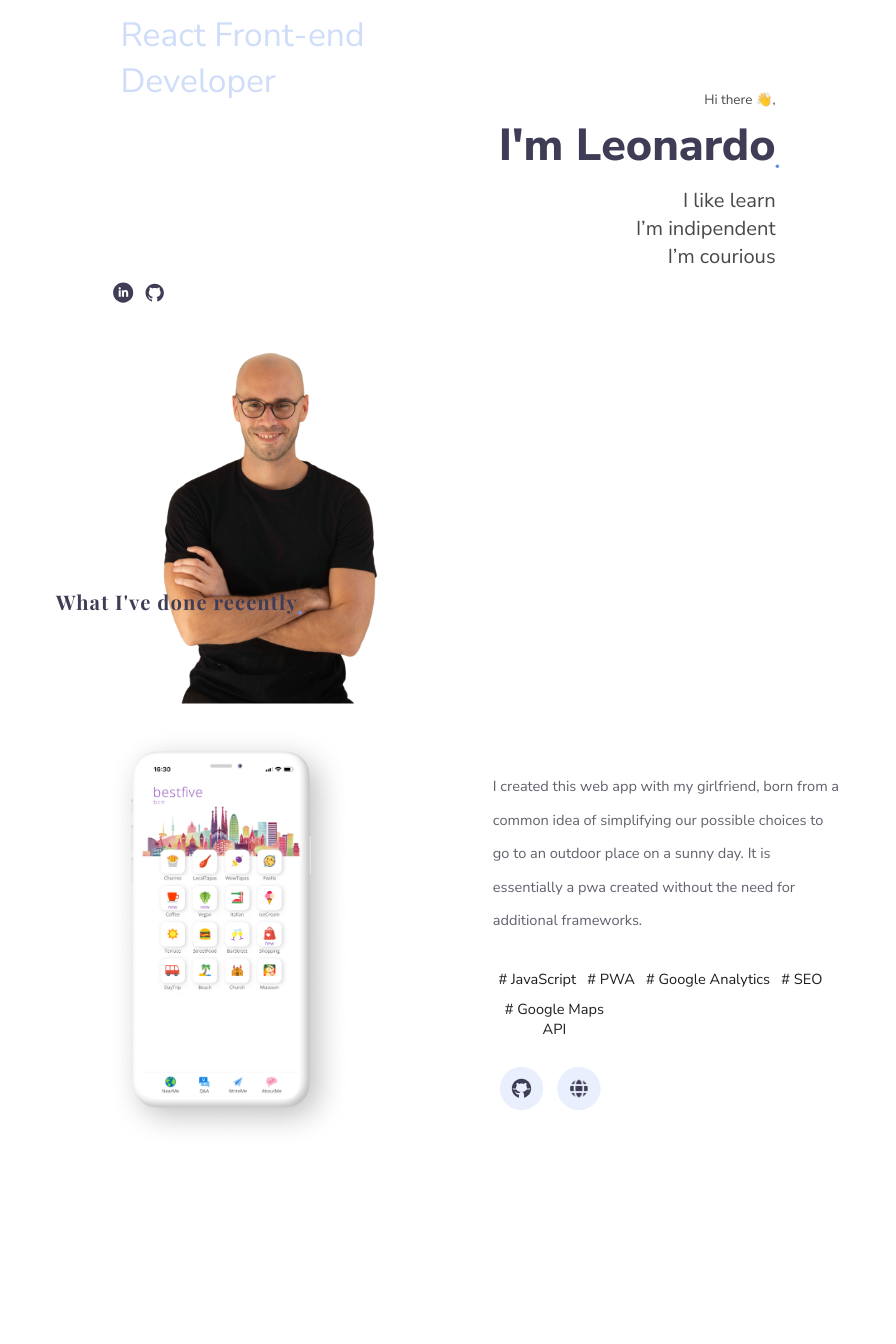
Repository: Easaaa/Portfolio-2020
Page: index.html
These files come from the project's save history. The page is drawn as it stood at one moment and after the next save; the edit follows.
The browser window is 1280 px wide. The pictures show the part of the page from y = 0 to 1920 px (the page is 6588 px tall), at 70% of full size.
The style sheet was rebuilt from its Sass, Less or Tailwind sources for each picture, by a compiler version that may differ from the author's.

Above is the page before, as saved 2020-02-28 15:42:21.

### index.html
<!DOCTYPE html>
<html lang="en">
  <head>
    <meta charset="UTF-8" />
    <meta name="viewport" content="width=device-width, initial-scale=1.0" />
    <meta http-equiv="X-UA-Compatible" content="ie=edge" />
    <link rel="stylesheet" href="/stylesheets/css/main.css" />
    <title>leonardotononi.com</title>
  </head>
  <body>
    <header>
      <div class="actions">
        <div class="socials">
          <a target="_blank" href="https://www.linkedin.com/in/leonardo-tononi/"
            ><img src="/assets/linkedin-with-circle.svg" alt="linkedin icon"
          /></a>
          <a target="_blank" href="https://github.com/Easaaa"
            ><img src="/assets/github-filled.svg" alt="github icon"
          /></a>
        </div>
        <div class="resume-btn">
          <a href="#">Download Resume</a>
        </div>
      </div>

      <div class="content-header">
        <div class="text-header-col">
          <p class="sub-title">Hi there 👋,</p>
          <h1>
            I'm Leonardo
          </h1>
          <p class="about-title">
            I like learn <br />
            I’m indipendent <br />
            I’m courious
          </p>
          <div class="actions-desktop">
            <div class="socials">
              <a
                target="_blank"
                href="https://www.linkedin.com/in/leonardo-tononi/"
                ><img src="/assets/linkedin-with-circle.svg" alt="linkedin icon"
              /></a>
              <a target="_blank" href="https://github.com/Easaaa"
                ><img src="/assets/github-filled.svg" alt="github icon"
              /></a>
            </div>
            <div class="resume-btn">
              <a href="#">Download Resume</a>
            </div>
          </div>
          <h4>React Front-end Developer</h4>
        </div>
        <img
          src="/assets/leo-black.png"
          class="image-me-desktop"
          alt="leonardo photo"
        />
      </div>
    </header>
    <section class="works-section">
      <h2>
        What I've done recently
      </h2>
      <div class="work">
        <img src="/assets/bestfive.png" alt="iphone mockup" class="iphone" />
        <div class="work-details">
          <p>
            I created this web app with my girlfriend, born from a common idea
            of ​​simplifying our possible choices to go to an outdoor place on a
            sunny day. It is essentially a pwa created without the need for
            additional frameworks.
          </p>
          <ul class="lan-tag">
            <li># JavaScript</li>
            <li># PWA</li>
            <li># Google Analytics</li>
            <li># SEO</li>
            <li style="width: 11rem;"># Google Maps API</li>
          </ul>
          <div class="project-links">
            <a target="_blank" href="https://github.com/Easaaa/Bestfive-bcn"
              ><img src="/assets/github.svg" alt="git hub icon"
            /></a>
            <a target="_blank" href="https://bestfivebcn.com"
              ><img src="/assets/web.png" alt="world icon"
            /></a>
          </div>
        </div>
      </div>
      <div class="work odds">
        <img
          src="/assets/toureo-admin.png"
          alt="laptop mockup"
          class="desktop"
        />
        <div class="work-details">
          <p>
            After creating the first application and having hard coded the data,
            clearly not the smartest thing, I thought of creating an
            administration page from where I can create and manage the data from
            the database and then pull it from the mobile web app.
            <em
              >If you want have a look, write me an email, because you need the
              access.</em
            >
          </p>
          <ul class="lan-tag">
            <li># React.js</li>
            <li style="width: 10rem;"># Firebase Auth</li>
            <li># Firestore</li>
          </ul>
          <div class="project-links">
            <a
              target="_blank"
              href="https://github.com/Easaaa/admin-app-bestfive"
              ><img src="/assets/github.svg" alt="git hub icon"
            /></a>
            <a target="_blank" href="https://bestfivebcn.netlify.com/"
              ><img src="/assets/web.png" alt="world icon"
            /></a>
          </div>
        </div>
      </div>
      <div class="work">
        <img
          src="/assets/hotel-vittoria.png"
          alt="laptop mockup"
          class="desktop"
        />
        <div class="work-details">
          <p>
            This project with a italian hotel was my first approach to
            programming. In 2018 I made a web site with multilingual support
            with plain Html, css and JavaScript. On this
            <a target="_blank" href="https://vittoriahotel.eu">link</a> you can
            see the previous web and below you can see the new web app that is
            nearly ready to be deployed and so how my skills and tastes have
            evolved.
          </p>
          <ul class="lan-tag">
            <li># Gatsby.js</li>
            <li># Mobile View</li>
            <li># Booking.com API</li>
          </ul>
          <div class="project-links">
            <a
              target="_blank"
              href="https://github.com/Easaaa/hotel-vittoria-2020"
              ><img src="/assets/github.svg" alt="git hub icon"
            /></a>
            <a target="_blank" href="https://hotelvittoria.netlify.com/"
              ><img src="/assets/web.png" alt="world icon"
            /></a>
          </div>
        </div>
      </div>
      <div class="work odds">
        <img
          src="/assets/books-manager.png"
          alt="laptop mockup"
          class="desktop"
        />
        <div class="work-details">
          <p>
            This is a simple project made with react redux to test my
            understanding and the power of this stack.
          </p>
          <ul class="lan-tag">
            <li># React.js</li>
            <li># Redux</li>
            <li># Firebase Auth</li>
            <li># Google Books APIs</li>
          </ul>
          <div class="project-links">
            <a target="_blank" href="https://github.com/Easaaa/Book-manager"
              ><img src="/assets/github.svg" alt="git hub icon"
            /></a>
            <a target="_blank" href="https://books-manager.netlify.com/"
              ><img src="/assets/web.png" alt="world icon"
            /></a>
          </div>
        </div>
      </div>
      <h2>
        What I'm currently working on
      </h2>
      <div class="work">
        <img
          src="/assets/toureo-proto.png"
          alt="iphone mockup"
          class="iphone"
        />
        <div class="work-details">
          <p>
            I am recreating the first application (bestfive). The aim is to
            create the application with React Native, building more complex
            features, such as a more functional map, with filters and better
            interactions.
          </p>
          <ul class="lan-tag">
            <li># ReactNative</li>
            <li># Firebase</li>
          </ul>
          <div class="project-links"></div>
        </div>
      </div>
    </section>
    <section class="skill-section">
      <h2>
        Skills
      </h2>
      <ul class="skills">
        <li><img src="/assets/icon-skills/javascript.svg" alt="" /></li>
        <li><img src="/assets/icon-skills/react.svg" alt="" /></li>
        <li><img src="/assets/icon-skills/redux.svg" alt="" /></li>
        <li><img src="/assets/icon-skills/gatsby.svg" alt="" /></li>
        <li><img src="/assets/icon-skills/firebase.svg" alt="" /></li>
        <li><img src="/assets/icon-skills/sass.svg" alt="" /></li>
        <li><img src="/assets/icon-skills/html-5.svg" alt="" /></li>
        <li><img src="/assets/icon-skills/css-3.svg" alt="" /></li>
        <li><img src="/assets/icon-skills/logo-pwa.svg" alt="" /></li>
        <li><img src="/assets/icon-skills/figma.svg" alt="" /></li>
      </ul>
    </section>
    <footer>
      <h2>How to contact me</h2>
      <p>
        I am available for freelancer jobs and to work in your company. If you
        think I would be a good fit for you, send me an email.
      </p>
      <a href="mailto:leonardotononi@gmail.com" target="_top">
        <h5>leonardotononi@gmail.com</h5></a
      >
      <a href="/CV ENG - 02:2020.pdf" download>Download resume</a>
      <div class="social-links">
        <a target="_blank" href="https://www.linkedin.com/in/leonardo-tononi/"
          ><img src="/assets/linkedin-with-circle.svg" alt="linkedin icon"
        /></a>
        <a target="_blank" href="https://github.com/Easaaa"
          ><img src="/assets/github-filled.svg" alt="github icon"
        /></a>
      </div>
    </footer>
  </body>
</html>

### stylesheets/scss/main.scss
@import url("https://fonts.googleapis.com/css?family=Nunito+Sans:400,600,700,800&display=swap");
@import url("https://fonts.googleapis.com/css?family=Playfair+Display:500,700&display=swap");

* {
  padding: 0;
  margin: 0;
  box-sizing: border-box;
}

html {
  height: 100%;
  font-family: "Nunito Sans", sans-serif;
  -ms-text-size-adjust: 100%;
  -webkit-text-size-adjust: 100%;
}

body {
  width: 100%;
  height: 100%;
  -webkit-font-smoothing: antialiased;
  -moz-osx-font-smoothing: grayscale;
  font-size: 16px;
  display: block;
  min-width: 100%;
  margin-right: auto;
  margin-left: auto;
  float: right;
  clear: none;
  color: #1e1e1e;
  font-style: normal;
}

// GENERAL STYLE

ul li {
  list-style: none;
}

h2 {
  font-size: 1.8rem;
  color: #3f3d56;
  font-weight: 900;
  position: relative;
  font-family: "Playfair Display", serif;
  letter-spacing: 1.6px;

  &:after {
    content: "";
    width: 5px;
    height: 5px;
    background-color: #618ee9;
    border-radius: 50%;
    bottom: 0;
    position: absolute;
  }
}

a {
  cursor: pointer;
}

// HEADER

header {
  width: 100%;
  padding: 1rem 0 4rem 0;
  height: 90vh;

  .actions {
    padding: 0 1rem;
    width: 100%;
    display: flex;
    justify-content: space-between;

    img {
      margin: 0 5px;
      width: 30px;
    }

    .resume-btn {
      padding-top: 4px;

      a {
        background-color: #5687E8;
        padding: 5px 10px;
        border-radius: 10px;
        color: #fff;
        text-decoration: none;
        text-transform: uppercase;
        transition: background-color 150ms ease-in-out;

        &:hover {
          background-color: #4670c5;
        }
      }
    }
  }

  .content-header {
    padding: 3rem 0;
    border-radius: 5px;
    height: 450px;
    top: 50%;
    position: relative;
    margin-top: -225px;

    .sub-title {
      font-size: 1.2rem;
      padding: 0 2rem;
    }

  }

  h1 {
    color: #3f3d56;
    font-size: 2.5rem;
    text-align: end;
    font-weight: 900;
    padding: 0 2rem;
    position: relative;

    &:after {
      content: "";
      width: 5px;
      height: 5px;
      background-color: #618ee9;
      border-radius: 50%;
      bottom: 0.7rem;
      position: absolute;
    }
  }

  h4 {
    color: #3f3d56a1;
    padding: 1rem 2rem;
    font-size: 1.7rem;
    text-align: end;
    color: #618EE9;
  }

  p {
    color: #484848;
    text-align: end;
    font-weight: 400;
    font-size: 1.7rem;
    padding: 1rem 2rem;
    line-height: 2.5rem;
    margin: 0;
  }

  .socials-header {
    padding: 3rem 1rem 0rem 1rem;

    a img {
      width: 30px;
    }
  }



  .image-me-desktop,
  .image-me-mobile {
    max-width: 80%;
    margin: 0 auto -6px 20px;
    mix-blend-mode: normal;
  }

  .image-me-desktop {
    display: none;
  }
}

// WORKS

.works-section {
  max-width: 1400px;
  margin: 0 auto;
  padding: 1rem 2rem;

  img {
    width: 100%;
    margin: 0 auto;
    max-width: 450px;
    display: block;
    object-fit: cover;
    transition: transform 150ms ease-in;

    &:hover {
      transform: scale(1.05);
    }
  }

  .work {
    padding: 5rem 0;

    em {
      font-weight: 100;
    }

    .project-links {
      padding: 1rem 0;
      display: inline-flex;

      a {
        padding: 1rem;
        color: #fff;
        background-color: #618ee924;
        margin: 0 10px;
        border-radius: 50%;
      }

      img {
        width: 30px;
      }
    }
  }

  .iphone {
    width: 70%;
  }

  .desktop {
    max-width: 700px;
  }

  p {
    color: #61626d;
    padding: 1.3rem 0;
    line-height: 35px;
    font-size: 1.3rem;

    a {
      color: #5687e8;
    }
  }

  .lan-tag {
    padding: 1rem 0;
    display: flex;
    flex-wrap: wrap;
    justify-content: flex-start;

    li {
      padding: 0.5rem;
      font-size: 1.3rem;
      text-align: center;
      border-radius: 40px;
    }

    .js {
      background-color: #f7df1e;
    }

    .react {
      background-color: #00d8ff;
    }

    .firebase {
      background-color: #fcca3f;
    }

    .redux {
      background-color: #764abc;
    }

    .pwa {
      background-color: #a34a4a;
      color: #fff;
    }
  }
}

// SKILLS

.skill-section {
  padding: 5rem 2rem;

  h2 {
    margin-bottom: 2rem;
  }

  .skills {
    display: flex;
    flex-wrap: wrap;
    justify-content: space-evenly;

    li {
      width: 100px;
      text-align: center;
      padding: 1rem;

      img {
        width: 40px;
      }
    }
  }
}

// FOOTER

footer {
  padding: 2rem;

  h2 {
    margin-bottom: 2rem;
  }

  p {
    color: #61626d;
    text-align: start;
    font-weight: 400;
    line-height: 2.5rem;
    padding-bottom: 2rem;
    font-size: 1.3rem;
  }

  h5 {
    font-size: 1.2rem;
    font-weight: 400;
    color: #5687e8;
    padding-bottom: 2rem;
  }

  a {
    color: #5687e8;
  }

  .social-links {
    padding: 2rem 0;
    width: 100%;
    text-align: start;

    img {
      width: 30px;
      margin-right: 10px;
      color: #3f3d56;
    }

    a {
      text-decoration: none;
      color: #3f3d56;
    }
  }
}

@media only screen and (min-width: 700px) {
  body {
    font-size: 1.3rem;
  }

  header {
    max-width: 750px;
    margin: 0 auto;
  }

  .works-section {
    padding: 5rem;

    .odds:last-of-type {
      padding: 3rem 0;
    }

    .work {
      padding: 10rem 0;

      p {
        line-height: 3rem;
      }
    }

    .desktop {
      padding-bottom: 4rem;
    }
  }

  .skill-section {
    padding: 5rem 2rem;

    .skills li img {
      width: 50px;
    }
  }

  footer {
    padding: 12rem 0;
  }
}

@media only screen and (min-width: 1000px) {

  header {
    max-width: 1000px;

    .actions {
      display: none;
    }

    .actions-desktop {
      padding: 0 1rem;
      width: 100%;
      display: flex;
      justify-content: space-between;

      img {
        margin: 0 5px;
        width: 30px;
      }

      .resume-btn {
        padding-top: 4px;

        a {
          background-color: #5687E8;
          padding: 5px 10px;
          border-radius: 10px;
          color: #fff;
          text-decoration: none;
          text-transform: uppercase;
          transition: background-color 150ms ease-in-out;

          &:hover {
            background-color: #4670c5;
          }
        }
      }
    }

    h1 {
      font-size: 4rem;
    }

    h4 {
      font-size: 3rem;
      opacity: 0.3;
      font-weight: 400;
      width: 600px;
      text-align: start;
      position: fixed;
      top: 0;
    }

    p {
      font-size: 1.8rem;
    }

    .image-me-desktop {
      display: inline-block;
    }
  }


  .image-me-mobile {
    display: none;
  }



  .works-section {
    padding: 12rem 5rem;

    .work {
      display: grid;
      grid-template-columns: 1fr 1fr;
      grid-gap: 8rem;
      place-content: center;
      place-items: center;

      .lan-tag {
        justify-content: flex-start;
      }
    }

    .odds {
      img {
        order: 2;
      }

      p {
        text-align: end;
      }

      .lan-tag {
        justify-content: flex-end;
      }

      .project-links {
        justify-content: flex-end;
        width: 100%;
      }
    }
  }

  .skill-section {
    max-width: 1000px;
    background-color: #d7dce44a;
    margin: 0 auto;
  }

  footer {
    max-width: 1000px;
    margin: 0 auto;
  }
}

After the next save:
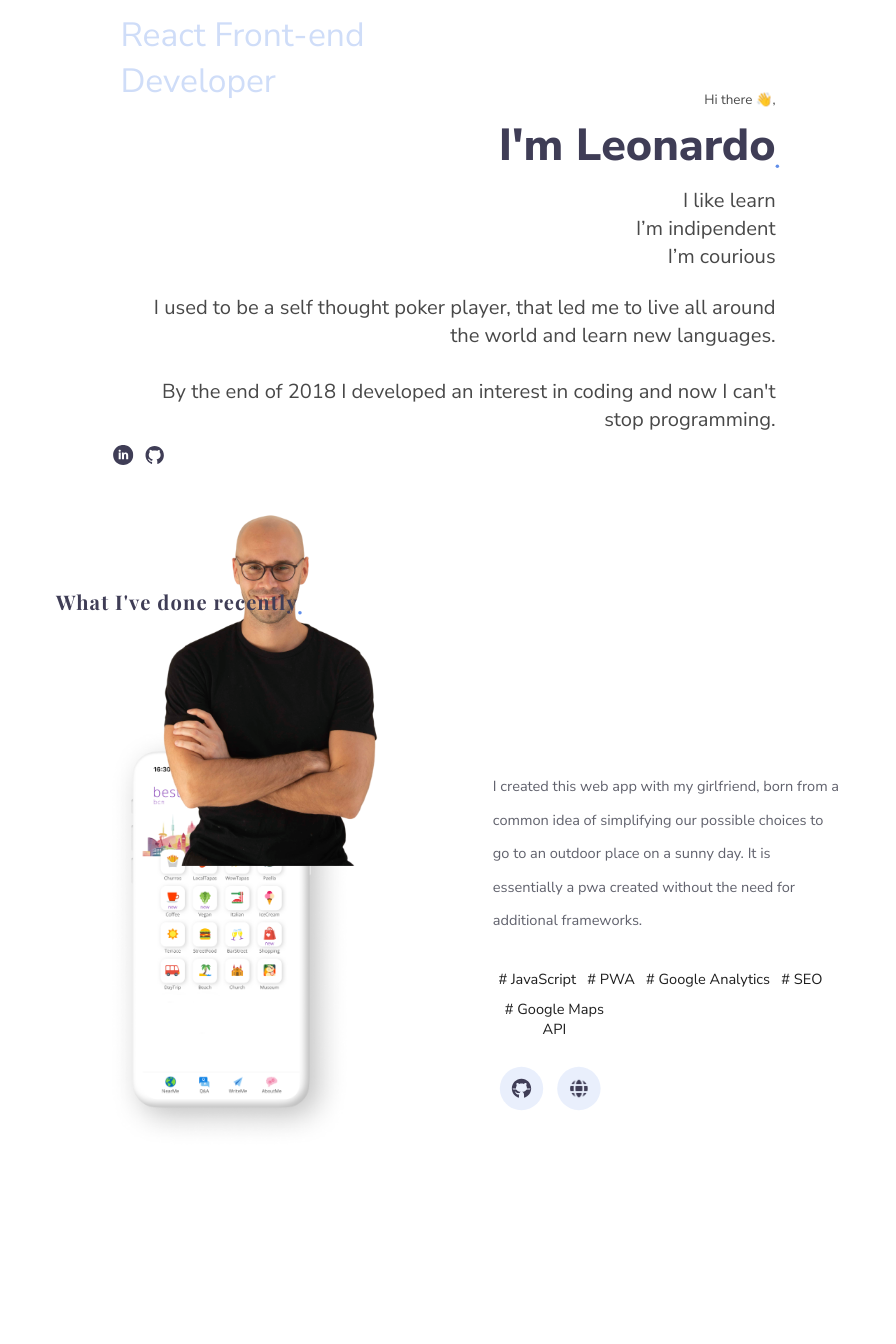
Saved 2 min 53 s later.
--- a/index.html
+++ b/index.html
@@ -33,6 +33,13 @@
             I like learn <br />
             I’m indipendent <br />
             I’m courious
+          </p>
+          <p class="about-title-desktop">
+            I used to be a self thought poker player, that led me to live all
+            around the world and learn new languages. <br /><br />
+
+            By the end of 2018 I developed an interest in coding and now I can't
+            stop programming.
           </p>
           <div class="actions-desktop">
             <div class="socials">
